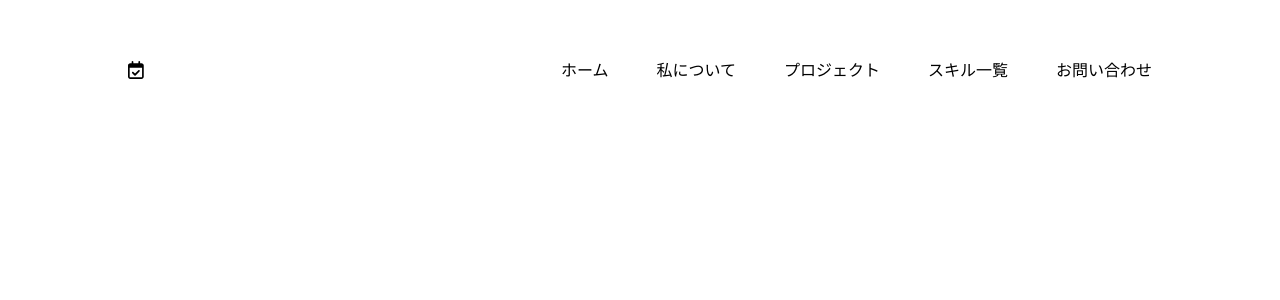
Repository: n-yoshikawa00/reactfolio
Page: /
The author's editor kept a copy of each file at every save. The page is drawn from the files as they stood at one save, then again after the next save.
The browser window is 1280 px wide. The pictures show the whole page.
The project was rebuilt for these pictures with package versions that can differ from the ones it lists, and the page was loaded fresh each time. Also part of the build but not shown: vite.config.js.

Above is the page before, as saved 2024-10-16 20:12:35.

After the next save:
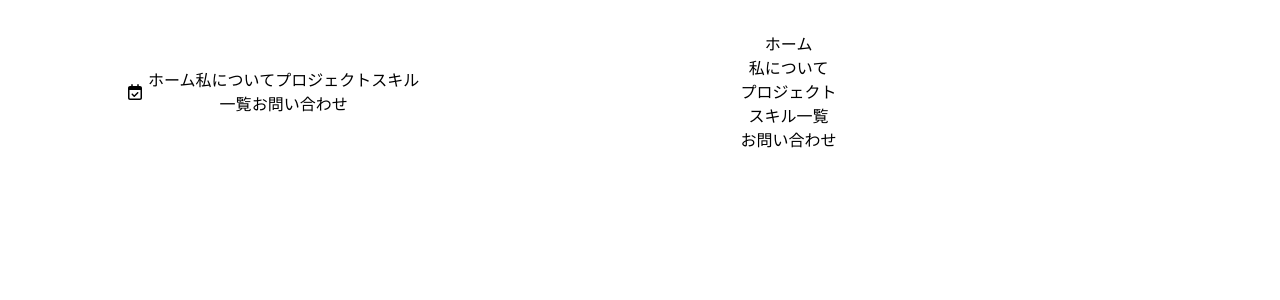
Saved 4 min 17 s later.
--- a/tailwind.config.js
+++ b/tailwind.config.js
@@ -1,6 +1,6 @@
 /** @type {import('tailwindcss').Config} */
 export default {
-  content: ["./index.html", "./src/**/*.{js,jsx}"],
+  content: ["./*.{html,js}", "./src/components/*.{js,jsx}"],
   theme: {
     extend: {
       colors: {

After the save that followed:
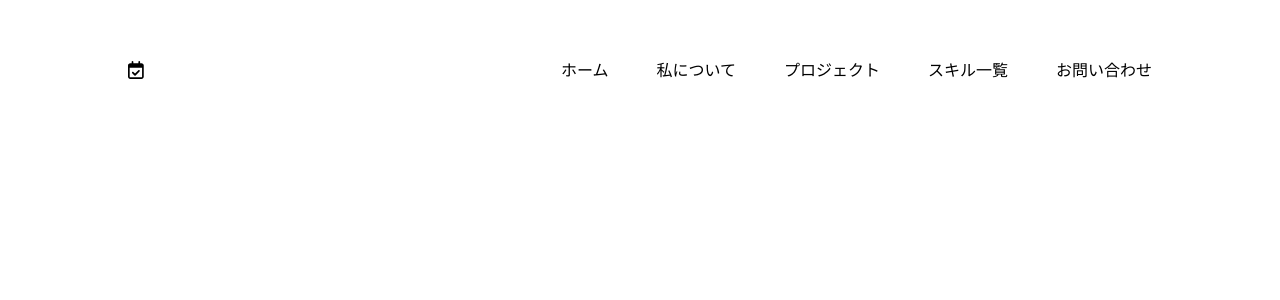
Saved 41 s later.
--- a/tailwind.config.js
+++ b/tailwind.config.js
@@ -1,6 +1,6 @@
 /** @type {import('tailwindcss').Config} */
 export default {
-  content: ["./*.{html,js}", "./src/components/*.{js,jsx}"],
+  content: ["./*.{html,js}", "./src/**/*.{js,jsx}"],
   theme: {
     extend: {
       colors: {
